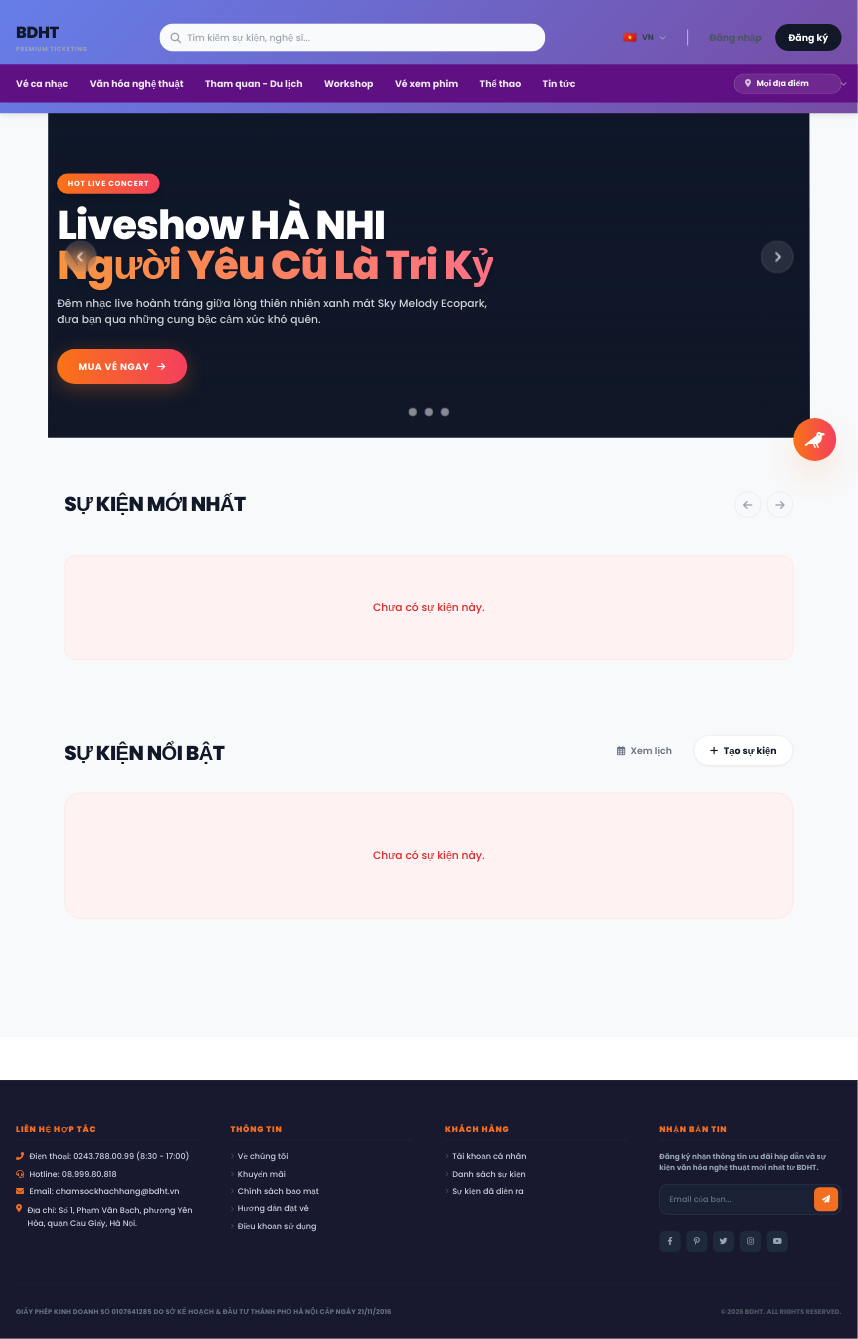
Repository: Vu-Tien-Duc/K23CNT3_VuTienDuc_Project4_EventTicket
Page: EventTicket_BDHT_Project/frontend-web/pages/index.html
These files come from the project's save history. The page is drawn as it stood at one moment and after the next save; the edit follows.
The browser window is 1280 px wide. The pictures show the whole page, at 67% of full size.
The page's requests for data from a server got no answer. Some web libraries are served in a nearby version.

Above is the page before, as saved 2026-05-20 22:32:14.
Not found: EventTicket_BDHT_Project/frontend-web/assets/js/core/i18n.js

After the next save:
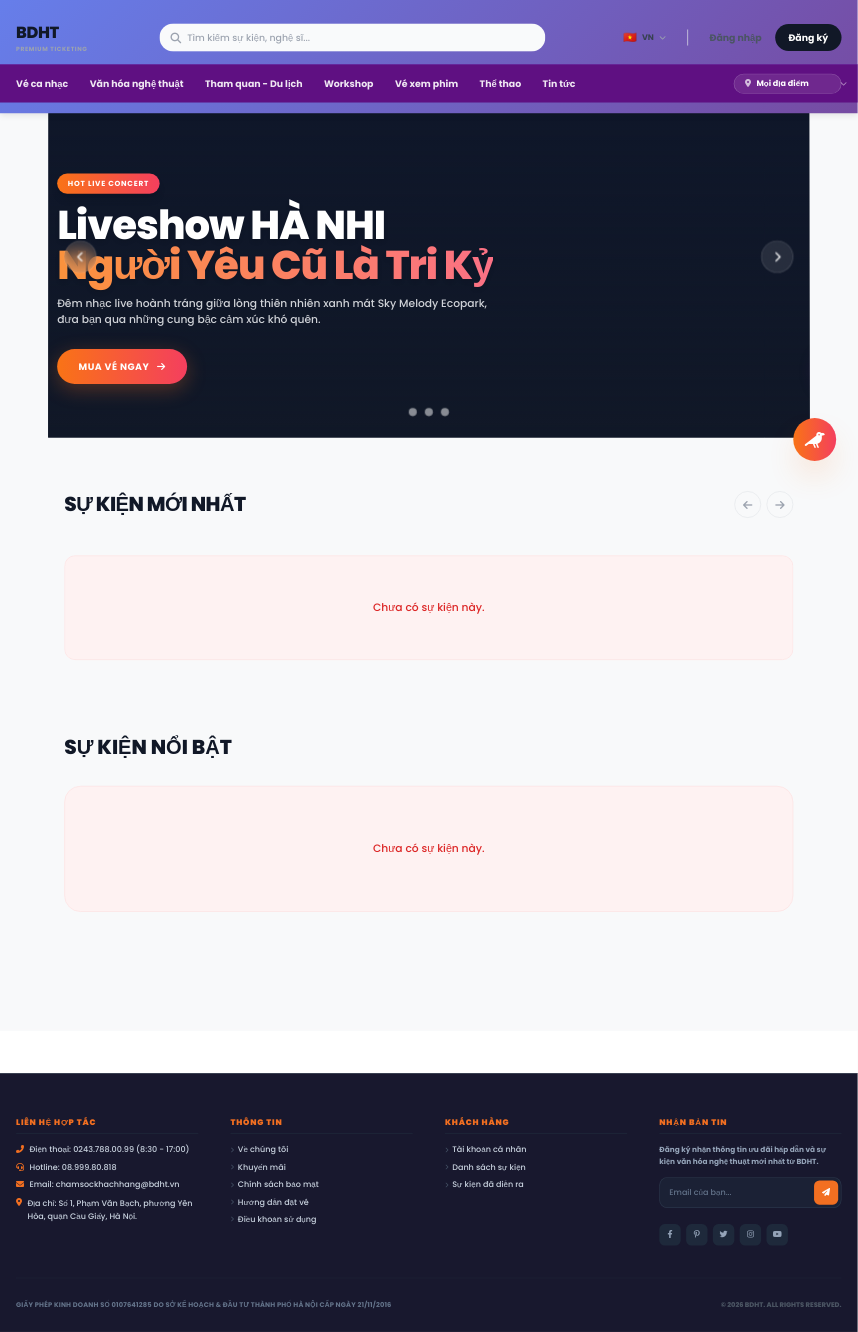
Saved 23 s later.
--- a/EventTicket_BDHT_Project/frontend-web/pages/index.html
+++ b/EventTicket_BDHT_Project/frontend-web/pages/index.html
@@ -109,18 +109,33 @@
             </div>
         </section>
 
-        <!-- ===================== SỰ KIỆN NỔI BẬT ===================== -->
         <section class="max-w-7xl mx-auto px-6 py-20">
-            <div class="flex justify-between items-end mb-10">
-                <h2 class="text-3xl font-extrabold text-gray-900 tracking-tight" data-i18n="body.featured_events">SỰ KIỆN NỔI BẬT</h2>
-                <div class="flex items-center gap-4">
-                    <button class="text-gray-500 hover:text-gray-900 font-semibold px-4 py-2 text-sm transition inline-flex items-center gap-2"><i class="far fa-calendar-alt"></i> <span data-i18n="body.view_calendar">Xem lịch</span></button>
-                    <a href="#" class="bg-white border border-gray-200 hover:border-brand-purple text-gray-900 hover:text-brand-purple hover:shadow-lg font-bold px-6 py-3 rounded-full text-sm transition-all duration-300 inline-flex items-center gap-2 shadow-sm"><i class="fas fa-plus"></i> <span data-i18n="body.create_event">Tạo sự kiện</span></a>
-                </div>
-            </div>
-
-            <div id="featured-events-wrapper"></div>
-        </section>
+    <h2 class="text-3xl font-extrabold text-gray-900 mb-10">SỰ KIỆN NỔI BẬT</h2>
+
+    <div id="featured-events-wrapper">
+        <div id="featured-grid-container" class="grid grid-cols-1 sm:grid-cols-2 md:grid-cols-4 gap-6">
+            </div>
+
+        <div id="btn-container" class="text-center mt-12 hidden">
+            <button id="btn-load-more" class="px-10 py-3 bg-gray-900 text-white rounded-full font-bold hover:bg-brand-purple transition shadow-lg">Xem thêm</button>
+        </div>
+    </div>
+</section>
+
+<template id="tmpl-featured-card">
+    <div class="bg-white rounded-2xl shadow-sm border border-gray-100 overflow-hidden hover:shadow-xl transition-all duration-300 group cursor-pointer flex flex-col">
+        <div class="h-48 overflow-hidden relative">
+            <img data-field="bannerImage" class="w-full h-full object-cover group-hover:scale-110 transition-transform duration-700" alt="">
+        </div>
+        <div class="p-4 flex flex-col flex-1">
+            <span data-field="categoryName" class="text-[10px] font-bold text-brand-purple bg-purple-50 px-2 py-1 rounded uppercase tracking-widest mb-2 inline-block"></span>
+            <h4 data-field="title" class="font-bold text-gray-900 line-clamp-2 mb-2 leading-snug"></h4>
+            <div class="mt-auto pt-3 border-t border-gray-50 flex items-center justify-between">
+                <span data-field="minPrice" class="text-brand-orange font-extrabold text-sm"></span>
+            </div>
+        </div>
+    </div>
+</template>
 
     </main>
 
